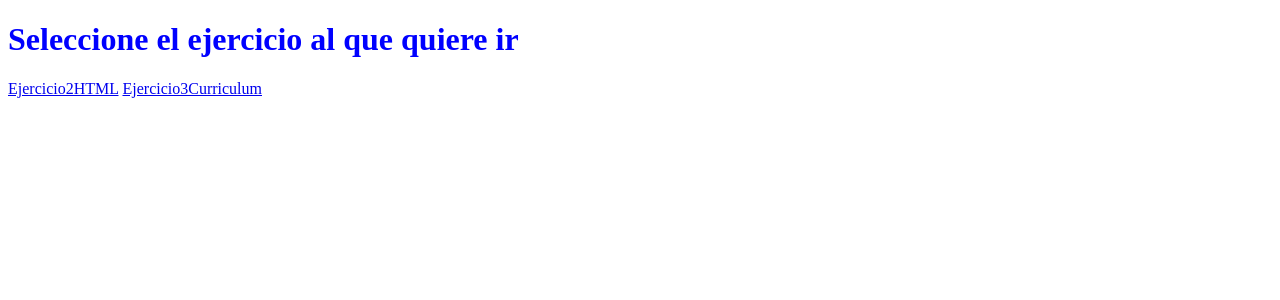
Repository: salvadorsobrino/Ejercicio4JavaTomCat
Page: Ejercicio4/src/main/webapp/index.html
An editor plug-in stored every save of this project. The page is shown before and after the next save, followed by the edit.
The browser window is 1280 px wide. The pictures show the whole page.

Above is the page before, as saved 2022-03-10 17:37:56.

After the next save:
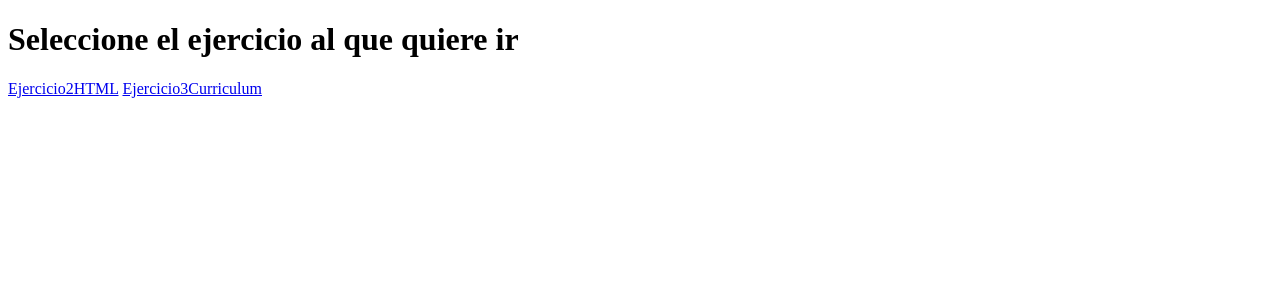
Saved 24 s later.
--- a/Ejercicio4/src/main/webapp/index.html
+++ b/Ejercicio4/src/main/webapp/index.html
@@ -6,7 +6,7 @@
 <title>Insert title here</title>
 </head>
 <body>
-	<h1 style="color: blue;">Seleccione el ejercicio al que quiere ir</h1>
+	<h1>Seleccione el ejercicio al que quiere ir</h1>
 	<a href="/Ejercicio4/Ejercicio2/index.html">Ejercicio2HTML</a>
 	<a href="/Ejercicio4/Ejercicio3Curriculum/index.html">Ejercicio3Curriculum</a>
 </body>
